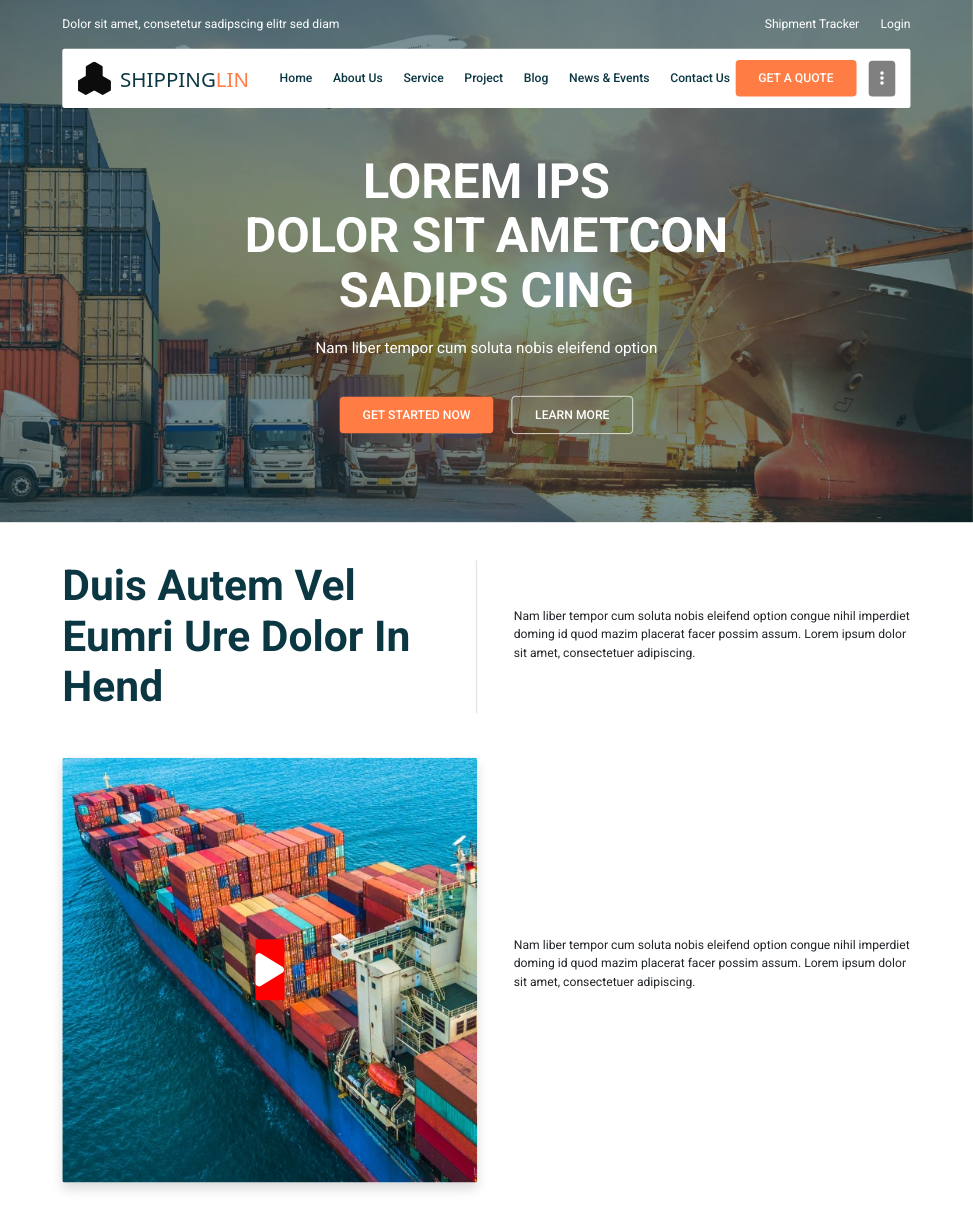
Repository: nazmulalok/shipping-template
Page: index.html
An editor plug-in stored every save of this project. The page is shown before and after the next save, followed by the edit.
The browser window is 1280 px wide. The pictures show the whole page, at 76% of full size.
The pointer rests on the first visible `.video-btn`.

Above is the page before, as saved 2022-10-03 17:23:23.

### index.html
<!DOCTYPE html>
<html lang="en">

    <head>
        <meta charset="UTF-8">
        <meta http-equiv="X-UA-Compatible" content="IE=edge">
        <meta name="viewport" content="width=device-width, initial-scale=1.0">
        <link rel="preconnect" href="https://fonts.googleapis.com">
        <link rel="preconnect" href="https://fonts.gstatic.com" crossorigin>
        <link
            href="https://fonts.googleapis.com/css2?family=Roboto:ital,wght@0,300;0,400;0,500;0,700;0,900;1,300;1,400;1,500;1,700;1,900&display=swap"
            rel="stylesheet">
        <link rel="stylesheet" href="https://cdnjs.cloudflare.com/ajax/libs/font-awesome/6.2.0/css/all.min.css"
            integrity="sha512-xh6O/CkQoPOWDdYTDqeRdPCVd1SpvCA9XXcUnZS2FmJNp1coAFzvtCN9BmamE+4aHK8yyUHUSCcJHgXloTyT2A=="
            crossorigin="anonymous" referrerpolicy="no-referrer" />
        <link href="https://cdn.jsdelivr.net/npm/bootstrap@5.2.1/dist/css/bootstrap.min.css" rel="stylesheet"
            integrity="sha384-iYQeCzEYFbKjA/T2uDLTpkwGzCiq6soy8tYaI1GyVh/UjpbCx/TYkiZhlZB6+fzT" crossorigin="anonymous">
        <link rel="stylesheet" href="style.css">
        <title>Document</title>
    </head>

    <body>
        <header class="header-top">
            <div class="container">
                <div class="top-bar">
                    <p class="m-0">Dolor sit amet, consetetur sadipscing elitr sed diam</p>
                    <div>
                        <span class="me-4">Shipment Tracker</span>
                        <span>Login</span>
                    </div>
                </div>
                <div class="header-area">
                    <div class="logo">
                        <img src="images/box.svg" alt="Logo Box" class="me-2">
                        <img src="images/shipping-logo.svg" alt="Shipping Logo">
                    </div>
                    <nav>
                        <ul>
                            <li><a href="#">Home</a></li>
                            <li><a href="#">About Us</a></li>
                            <li><a href="#">Service</a></li>
                            <li><a href="#">Project</a></li>
                            <li><a href="#">Blog</a></li>
                            <li><a href="#">News & Events</a></li>
                            <li><a href="#">Contact Us</a></li>
                        </ul>
                    </nav>
                    <div class="nav-btn">
                        <a class="common-btn me-3" href="#">Get A Quote</a>
                        <i class="fa-solid fa-ellipsis-vertical"></i>
                    </div>
                </div>
            </div>
        </header>
        <!-- Slider -->
        <section>
            <div class="main-slider">
                <div class="container">
                    <div class="slide-content">
                        <div class="slide-text">
                            <div class="slider-title mb-4">Lorem ips<br>
                                dolor sit ametcon<br>
                                sadips cing</div>
                            <p>Nam liber tempor cum soluta nobis eleifend option</p>
                            <div class="sliderBtn mt-5"><a class="common-btn me-4" href="#">Get Started Now</a><a
                                    class="common-btn outline-btn" href="#">Learn More</a></div>
                        </div>
                    </div>
                </div>
            </div>
        </section>
        <!-- Slider Ends -->
        <div class="common-sec">
            <div class="container">
                <div class="row align-items-center">
                    <div class="col-lg-6">
                        <h1 class="border-heading">Duis Autem Vel Eumri
                            Ure Dolor In Hend</h1>
                    </div>
                    <div class="col-lg-6">
                        <p class="ms-4">Nam liber tempor cum soluta nobis eleifend option congue nihil imperdiet doming
                            id quod mazim
                            placerat facer possim assum. Lorem ipsum dolor sit amet, consectetuer adipiscing.</p>
                    </div>
                </div>
                <div class="row align-items-center mt-5">
                    <div class="col-lg-6">
                        <div class="video-box img-box shadow">
                            <img src="images/ship-products.jpg" alt="Ship Products" />
                            <a data-fancybox="" href="" class="video-btn">
                                <i class="fa fa-play"></i>
                            </a>
                        </div>
                    </div>
                    <div class="col-lg-6">
                        <p class="ms-4">Nam liber tempor cum soluta nobis eleifend option congue nihil imperdiet doming
                            id quod mazim
                            placerat facer possim assum. Lorem ipsum dolor sit amet, consectetuer adipiscing.</p>
                    </div>
                </div>
            </div>
        </div>














        <script src="https://cdn.jsdelivr.net/npm/@popperjs/core@2.11.6/dist/umd/popper.min.js"
            integrity="sha384-oBqDVmMz9ATKxIep9tiCxS/Z9fNfEXiDAYTujMAeBAsjFuCZSmKbSSUnQlmh/jp3"
            crossorigin="anonymous"></script>
        <script src="https://cdn.jsdelivr.net/npm/bootstrap@5.2.1/dist/js/bootstrap.min.js"
            integrity="sha384-7VPbUDkoPSGFnVtYi0QogXtr74QeVeeIs99Qfg5YCF+TidwNdjvaKZX19NZ/e6oz"
            crossorigin="anonymous"></script>
    </body>

</html>

### style.css
/* Common CSS Starts*/
* {
    margin: 0;
    padding: 0;
}

:root {
    --main-color: #FF7D44;
    --secondary-color: #0B3742;
    --tertiary-color: #FFFFFF;
}

body {
    font-family: 'Roboto', sans-serif;
}

* {
    box-sizing: border-box;
}

a.white-space {
    white-space: nowrap;
}

/* Common CSS Ends */

/* slider style starts */

.main-slider>* {
    z-index: 10;
}

.main-slider {
    background: url(images/shipping-banner.jpg);
    height: 700px;
    width: 100%;
    background-size: cover;
    background-repeat: no-repeat;
    background-position: center;
    position: relative;
    display: flex;
    align-items: center;
    transition: all 1s;
    margin-top: -155px;
    z-index: 50;
}

.main-slider:before {
    content: '';
    width: 100%;
    height: 100%;
    top: 0;
    left: 0;
    position: absolute;
    background-color: rgb(11 55 66 / 55%);
    z-index: 1;
}

.slide-content {
    text-align: center;
}

.slide-text {
    color: var(--tertiary-color);
    padding-top: 100px;
}

.slider-title {
    font-size: 4rem;
    font-weight: 600;
    line-height: 4.5rem;
    text-transform: uppercase;
}

.slide-text p {
    font-size: 20px;
}

a.common-btn {
    display: inline-block;
    text-decoration: none;
    color: var(--tertiary-color);
    background: var(--main-color);
    padding: 12px 30px;
    border-radius: 5px;
    font-size: 16px;
    font-weight: 500;
    text-transform: uppercase;
    transition: all 1s ease;
}

a.common-btn:hover {
    background: var(--tertiary-color);
    color: var(--secondary-color);
}

a.common-btn.outline-btn {
    background: transparent !important;
    border: 1px solid var(--tertiary-color);
}

a.common-btn.outline-btn:hover {
    background: var(--tertiary-color) !important;
}

/* Header style starts */

.header-top {
    z-index: 100;
    background: transparent;
    position: relative;
}

.top-bar,
.header-area {
    display: flex;
    justify-content: space-between;
    align-items: center;
    color: var(--tertiary-color);
}

.top-bar {
    padding: 20px 0px;
}

.header-area {
    background: var(--tertiary-color);
    padding: 15px 20px;
    border-radius: 3px;
}

nav ul {
    list-style-type: none;
    color: var(--secondary-color);
    display: flex;
    gap: 1.7rem;
    margin: 0;
}

nav ul a {
    color: var(--secondary-color);
    text-decoration: none;
    font-size: 16px;
    font-weight: 500;
    transition: all 0.5s;
}

nav ul a:hover {
    color: var(--main-color);
    transition: all 0.5s;
}

.nav-btn {
    align-items: center;
    display: flex;
}

.nav-btn i {
    color: var(--tertiary-color);
    font-size: 21px;
    background: gray;
    padding: 13px 15px;
    border-radius: 5px;
}

/* Headings Styles */

h1 {
    font-size: 56px;
}

h2 {
    font-size: 50px;
}

h3 {
    font-size: 44px;
}

h4 {
    font-size: 38px;
}

h5 {
    font-size: 32px;
}

h6 {
    font-size: 26px;
}

h1,
h2,
h3,
h4,
h5,
h6 {
    font-weight: 700;
    margin-bottom: 10px;
    color: var(--secondary-color);
}

/* Section Styles */

.py-50,
.common-sec {
    padding-top: 50px;
    padding-bottom: 50px;
}

.common-sec {
    position: relative;
    z-index: 0;
}

.common-sec:nth-child(even):before {
    content: "";
    position: absolute;
    width: 1000%;
    height: 100%;
    top: 50%;
    left: 50%;
    transform: translate(-50%, -50%);
    background-color: #f9f9f9;
    border-bottom: 1px solid #f6f6f6;
    z-index: -1;
}

/* Image box style */

.img-box {
    border-radius: 3px;
    transition: 0.5s;
    margin-bottom: 15px;
    text-align: center;
}

.img-box img {
    border-radius: 3px;
}

.img-box:last-child {
    margin-bottom: 0;
}

figure.img-box img+figcaption {
    margin-top: 10px;
    text-align: left;
    padding: 10px;
    border-radius: 3px;
    box-shadow: -5px 5px 20px 0 rgb(0 0 0 / 5%);
}

/* Video Box */

.video-box {
    position: relative;
}

.video-box img {
    border-radius: 3px;
    width: 100%;
}

.video-btn {
    position: absolute;
    text-align: center;
    color: var(--tertiary-color);
    font-size: 30px;
    border: none;
    left: 50%;
    top: 50%;
    -webkit-transform: translate(-50%, -50%);
    transform: translate(-50%, -50%);
    display: flex;
    justify-content: center;
    align-items: center;
    text-decoration: none !important;
    box-shadow: none;
    transition: 0.5s;
}

.video-btn .fa-play {
    color: var(--tertiary-color);
    position: relative;
    z-index: 99;
    -webkit-transition: color 0.5s;
    transition: 0.5s;
    text-decoration: none;
    line-height: 80px;
    font-size: 50px;
}

.video-btn:hover {
    color: inherit;
    background-color: #ff0000;
}

.video-btn:hover .fa-play {
    color: #fff;
}

.video-btn:before,
.video-btn:after {
    display: none;
}

/* Common Box Styles */

.common-box {
    box-shadow: -5px 5px 20px 0 rgb(0 0 0 / 5%);
    height: 100%;
    background-color: #fff;
    border-radius: 3px;
}

.common-box>.img-box {
    margin-bottom: 0;
}

.common-box .common-heading:last-child,
.common-box p:last-child,
.common-box ul:last-child,
.common-box ul:last-child li:last-child,
.common-box .img-box:last-child {
    margin-bottom: 0;
}

.common-box>.content {
    padding: 10px;
}

/* Other CSS Starts */

.border-heading {
    border-right: 2px solid #E8E8E8;
}

After the next save:
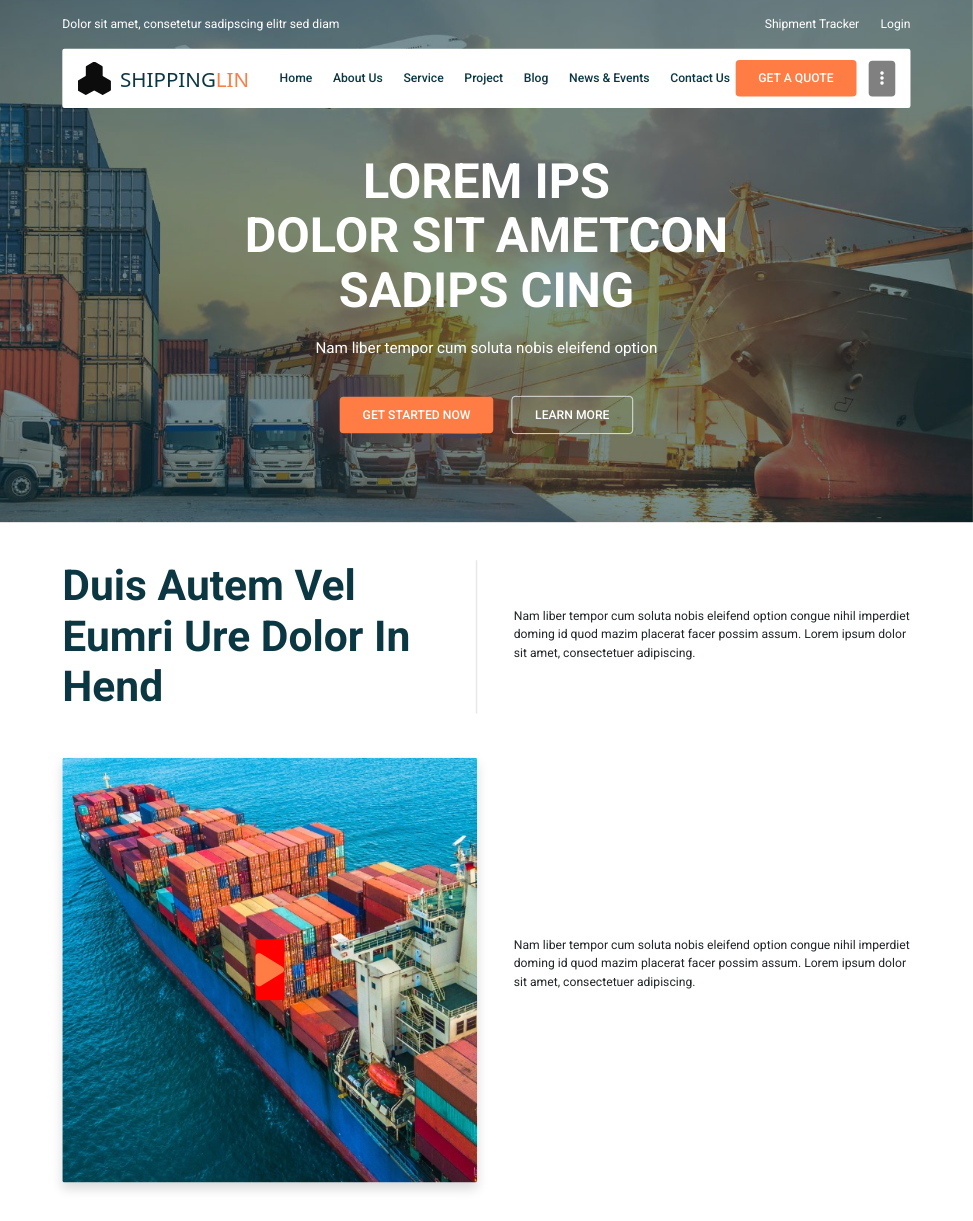
Saved 31 s later.
--- a/style.css
+++ b/style.css
@@ -297,7 +297,7 @@ figure.img-box img+figcaption {
 }
 
 .video-btn:hover .fa-play {
-    color: #fff;
+    color: var(--main-color);
 }
 
 .video-btn:before,
